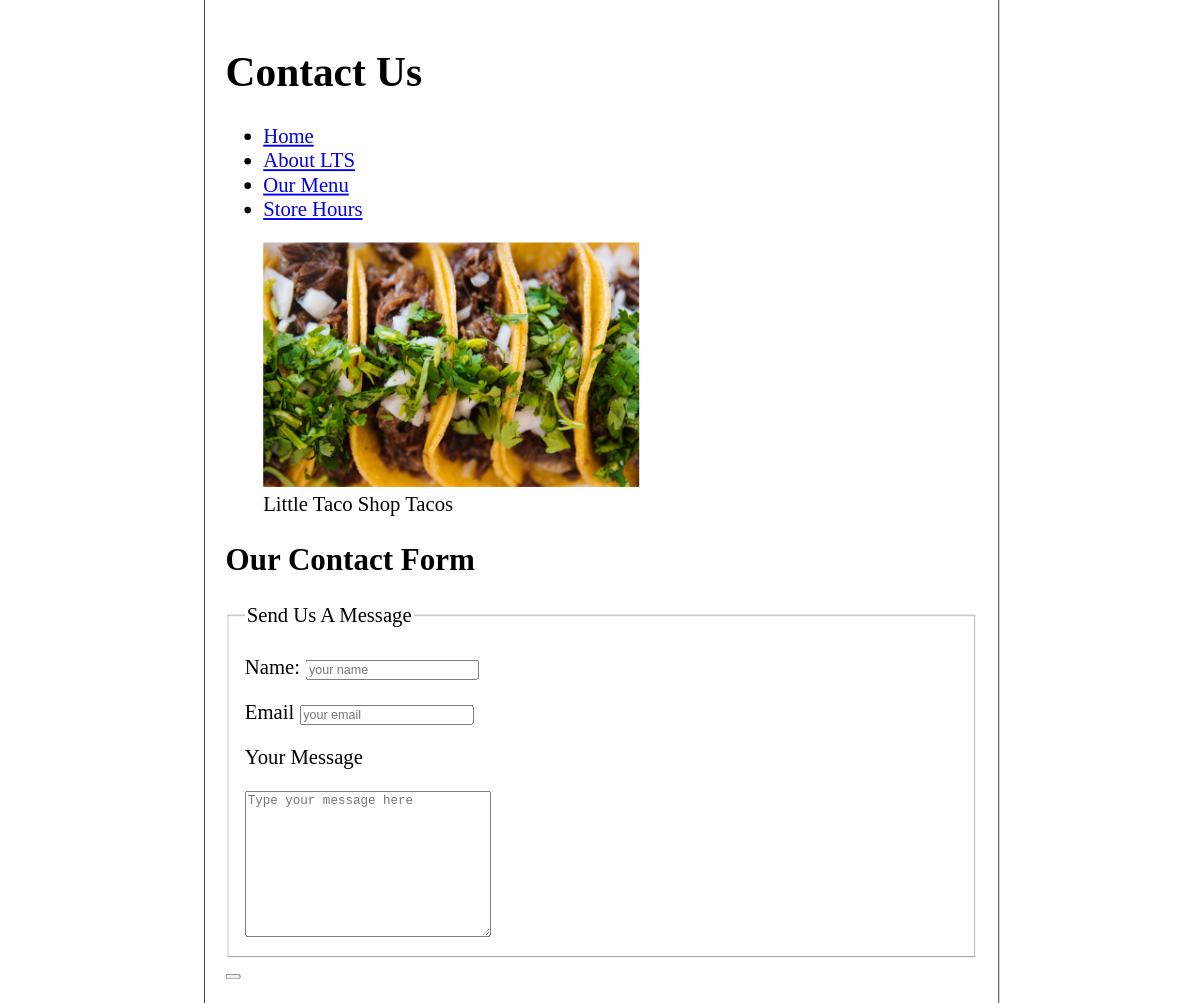
Repository: Israa-Odeh/html-basics-project
Page: contact.html
These files come from the project's save history. The page is drawn as it stood at one moment and after a run of saves; the edit follows.
The browser window is 1280 px wide. The pictures show the whole page, at 94% of full size.

Above is the page before, as saved 2024-08-20 03:10:03.

### contact.html
<!DOCTYPE html>
<html>

<head>
    <meta charset="UTF-8">
    <meta name="author" content="Israa Odeh">
    <meta name="description"
        content="Get in touch with Little Taco Shop! Visit our Contact Us page for our phone number, and location details. We are here to help with any questions or feedback.">
    <title>Contact Us - LTS</title>
    <link rel="icon" href="favicon.ico" type="image/x-icon">
    <link rel="stylesheet" href="css/style.css">
</head>

<body>
    <header>
        <h1>Contact Us</h1>
        <nav>
            <ul>
                <li>
                    <a href="index.html">Home</a>
                </li>
                <li>
                    <a href="index.html#about">About LTS</a>
                </li>
                <li>
                    <a href="index.html#menu">Our Menu</a>
                </li>
                <li>
                    <a href="hours.html">Store Hours</a>
                </li>
            </ul>
        </nav>
        <figure>
            <img src="img/tacos_close_up_400x260.png"
                alt="Close-up of a taco topped with fresh onions and vibrant parsley." width="400" height="260">
            <figcaption>Little Taco Shop Tacos</figcaption>
        </figure>
    </header>

    <main>
        <h2>Our Contact Form</h2>
        <form action="https://httpbin.org/post" method="post">
            <fieldset>
                <legend>Send Us A Message</legend>
                <p>
                    <label for="name">Name:</label>
                    <input type="text" id="name" name="name" placeholder="your name" required autocomplete="name">
                </p>
                <p>
                    <label for="email">Email</label>
                    <input type="email" id="email" name="email" placeholder="your email" required autocomplete="email">
                </p>
                <p>Your Message</p>
                <textarea name="messgae" id="message" rows="10" cols="30" placeholder="Type your message here"
                    required></textarea>
            </fieldset>
            <button type="submit"></button>
        </form>

    </main>

    <footer>

    </footer>

</body>

</html>

Loaded but not shown: css/style.css (common file)

After the next 4 saves:
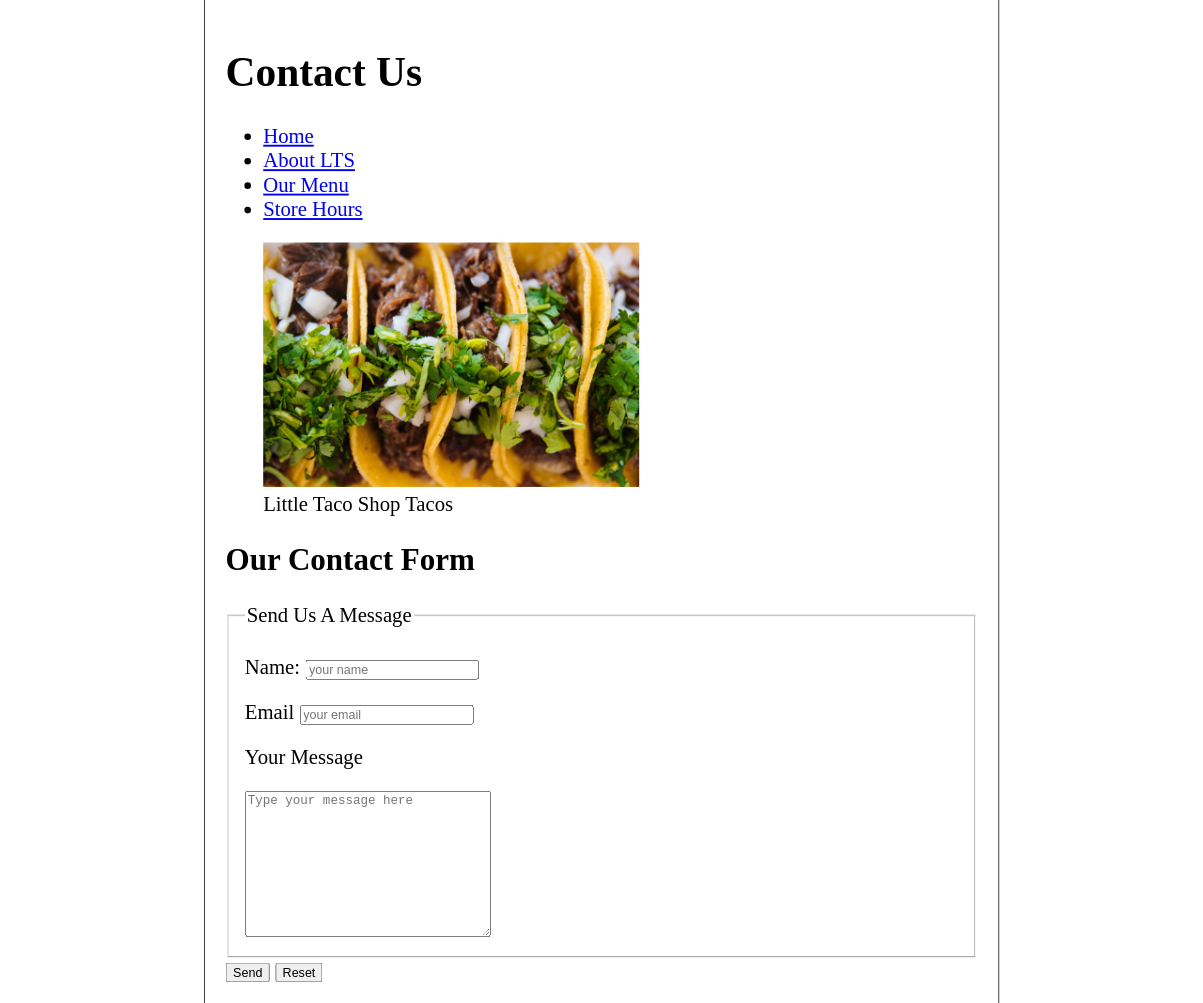
The 4 saves are shown as one change because they came seconds apart.
The last was saved 12 s later.
--- a/contact.html
+++ b/contact.html
@@ -54,7 +54,8 @@
                 <textarea name="messgae" id="message" rows="10" cols="30" placeholder="Type your message here"
                     required></textarea>
             </fieldset>
-            <button type="submit"></button>
+            <button type="submit">Send</button>
+            <button type="reset">Reset</button>
         </form>
 
     </main>
